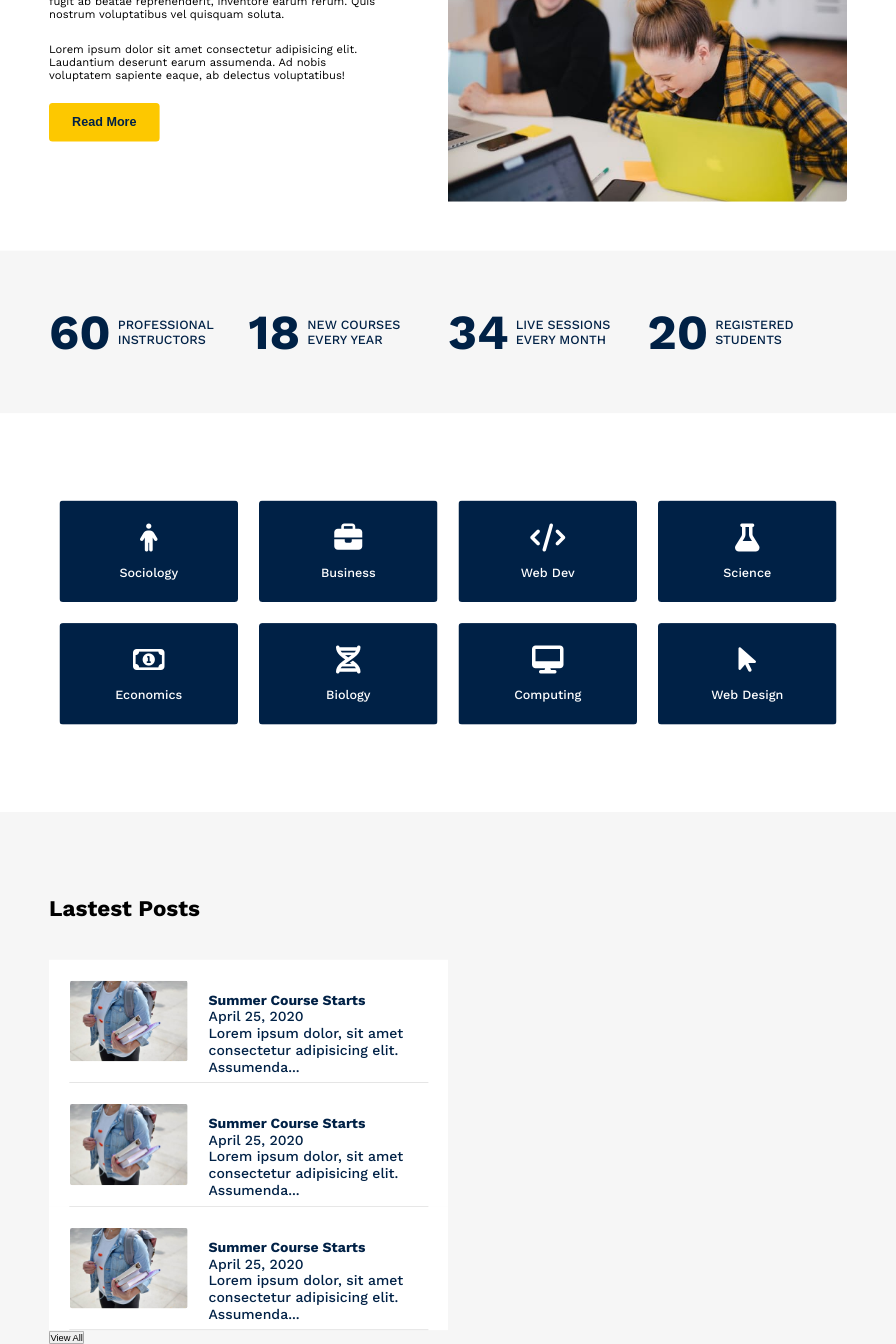
Repository: giahuy405/BC38__Mastery__Pham_Gia_Huy
Page: index.html
The author's editor kept a copy of each file at every save. The page is drawn from the files as they stood at one save, then again after the next save.
The browser window is 1280 px wide. The pictures show the part of the page from y = 873 to 2793 px (the page is 2793 px tall), at 70% of full size.

Above is the page before, as saved 2022-09-10 12:33:43.

### index.html
<!DOCTYPE html>
<html lang="en">
<head>
    <meta charset="UTF-8">
    <meta http-equiv="X-UA-Compatible" content="IE=edge">
    <meta name="viewport" content="width=device-width, initial-scale=1.0">
    <title>Document</title>
    <link href="https://fonts.googleapis.com/css2?family=Montserrat:wght@300;400;500;700;900&family=Work+Sans:wght@300;400;500;700&display=swap" rel="stylesheet">
    <link rel="stylesheet" href="https://cdnjs.cloudflare.com/ajax/libs/font-awesome/6.2.0/css/all.min.css">
    <link rel="stylesheet" href="./css/index.css">
</head>
<body>
    <header>
        <div class="container">
            <i class="fa-solid fa-pen-to-square"></i>
            <div class="header__title">
                <h1>Mastery</h1>
            </div>
        </div>
    </header>
    <nav>
        <div class="container">
            <ul>
                <li><div class="wrapper"><span class="square individual"><a class="ninth before after"  href="#">Home</a></span></div></li>
                <li><div class="wrapper"><span class="square individual"><a class="ninth before after"  href="#">About</a></span></div></li>
                <li><div class="wrapper"><span class="square individual"><a class="ninth before after"  href="#">Services</a></span></div></li>
                <li><div class="wrapper"><span class="square individual"><a class="ninth before after"  href="#">Contact</a></span></div></li>
            </ul>
        </div>
    </nav>
    <div class="carousel">
        <img src="./img/carousel__website.png" alt="">
    </div>
    <div class="welcome container">
        <div class="welcome__content">
            <h1>Welcome To Our Campus</h1>
            <p>Lorem ipsum dolor sit amet consectetur adipisicing elit. Quasi est saepe possimus quisquam dolor ducimus blanditiis, eius fugit ab beatae reprehenderit, inventore earum rerum. Quis nostrum voluptatibus vel quisquam soluta.</p>

            <p>Lorem ipsum dolor sit amet consectetur adipisicing elit. Laudantium deserunt earum assumenda. Ad nobis voluptatem sapiente eaque, ab delectus voluptatibus!</p>
            <button>Read More</button>
        </div>
        <div class="welcome__img">
            <img src="./img/g1.jpg" alt="">
        </div>
        <div class="clear"></div>
    </div>
    <div class="information">
       <div class="container">
            <div class="information__content">
                <div class="information__title">
                    <h1>60</h1>
                </div>
                <div class="information__desc">
                    <p>PROFESSIONAL</p>
                    <p>INSTRUCTORS</p>
                </div>
                <div class="clear"></div>
            </div>
            <div class="information__content">
                <div class="information__title">
                    <h1>18</h1>
                </div>
                <div class="information__desc">
                    <p>NEW COURSES</p>
                    <p>EVERY YEAR</p>
                </div>
                <div class="clear"></div>
            </div>
            <div class="information__content">
                <div class="information__title">
                    <h1>34</h1>
                </div>
                <div class="information__desc">
                    <p>LIVE SESSIONS</p>
                    <p>EVERY MONTH</p>
                </div>
                <div class="clear"></div>
            </div>
            <div class="information__content">
                <div class="information__title">
                    <h1>20</h1>
                </div>
                <div class="information__desc">
                    <p>REGISTERED</p>
                    <p>STUDENTS</p>
                </div>
                <div class="clear"></div>
            </div>
            <div class="clear"></div>
       </div>
    </div>
    <div class="cards">
        <div class="container">
            <div class="cards-top">
                <div class="card">
                    <a href="#">
                        <div class="card__item">
                            <i class="fa-solid fa-person"></i>
                            <p>Sociology</p>
                        </div>
                    </a>
                </div>
                <div class="card">
                    <a href="#">
                        <div class="card__item">
                            <i class="fa-solid fa-briefcase"></i>
                            <p>Business</p>
                        </div>
                    </a>
                </div>
                <div class="card">
                   <a href="#">
                        <div class="card__item">
                            <i class="fa-solid fa-code"></i>
                            <p>Web Dev</p>
                        </div>
                   </a>
                </div>
                <div class="card">
                   <a href="#">
                        <div class="card__item">
                            <i class="fa-solid fa-flask"></i>
                            <p>Science</p>
                        </div>
                   </a>
                </div>
                <div class="clear"></div>
            </div>
            <div class="card-bottom">
                <div class="card">
                    <a href="#">
                        <div class="card__item">
                            <i class="fa-regular fa-money-bill-1"></i>
                            <p>Economics</p>
                        </div>
                    </a>
                </div>
                <div class="card">
                   <a href="#">
                        <div class="card__item">
                            <i class="fa-solid fa-dna"></i>
                            <p>Biology</p>
                        </div>
                   </a>
                </div>
                <div class="card">
                    <a  href="#">
                        <div class="card__item">
                            <i class="fa-solid fa-desktop"></i>
                            <p>Computing</p>
                        </div>
                    </a>
                </div>
                <div class="card">
                    <a href="#">
                        <div class="card__item">
                            <i class="fa-solid fa-arrow-pointer"></i>
                            <p>Web Design</p>
                        </div>
                    </a>
                </div>
                <div class="clear"></div>
            </div>
        </div>
    </div>
    <div class="news">
        <div class="container">
            <div class="news__lastest-post">
                <h1>Lastest Posts</h1>
                <div class="lastest-post__items">
                    <div class="lastest-post__item">
                        <a href="#">
                            <img src="./img/g9.jpg" alt="">
                            <div class="lastest-post__desc">
                                <h2 >Summer Course Starts</h2>
                                <p>April 25, 2020</p>
                                <p>Lorem ipsum dolor, sit amet consectetur adipisicing elit. Assumenda...</p>
                            </div>
                            <div class="clear"></div>
                        </a>
                        <hr noshade >
                    </div>

                    <div class="lastest-post__item">
                        <a href="#">
                            <img src="./img/g9.jpg" alt="">
                            <div class="lastest-post__desc">
                                <h2>Summer Course Starts</h2>
                                <p>April 25, 2020</p>
                                <p>Lorem ipsum dolor, sit amet consectetur adipisicing elit. Assumenda...</p>
                            </div>
                            <div class="clear"></div>
                        </a>
                        <hr noshade >
                    </div>

                    <div class="lastest-post__item">
                        <a href="#">
                            <img src="./img/g9.jpg" alt="">
                            <div class="lastest-post__desc">
                                <h2>Summer Course Starts</h2>
                                <p>April 25, 2020</p>
                                <p>Lorem ipsum dolor, sit amet consectetur adipisicing elit. Assumenda...</p>
                            </div>
                            <div class="clear"></div>
                        </a>
                        <hr noshade >
                    </div>

                </div>
                <button>View All</button>
            </div>
            <div class="news__upcoming__events">

            </div>
            <div class="clear"></div>
        </div>
    </div>

</body>
</html>

### css/index.css
*{
    padding: 0;
    margin: 0;
    box-sizing: border-box;
}
.clear{
    clear: both;
}
html{
    font-size: 16px;
    font-family: 'Work Sans', sans-serif;
}
.container{
    width: 1140px;
    margin: 0 auto;
}
header{
    position: relative;
    margin-top: 15px;
}
.header__title{
    display: inline-block;
     position: absolute;
     top: -4px;
    left: 160px;
}
.header__title h1{
    font-size: 35px;
    color: #1b1d2d;
}
header i{
    background-color: #002146;
    height: 36px;
    width: 36px;
    border-radius: 50%;
    color: #fdc800;
    text-align: center;
    padding-top: 9px;

}
nav ul{
    list-style: none;
    margin-top: 15px;
    margin-left: 18px;

}
nav li{
    display: inline;
    margin-right: 30px;
}

 /*  Hover for Navigation bar */
.wrapper{
    margin:2em 0;
    display: inline;
    font-size: 7px;
}
 a, a:visited, a:hover, a:active{
    -webkit-backface-visibility:hidden;
            backface-visibility:hidden;
      position:relative;
    transition:0.5s color ease;
      text-decoration:none;
      color:#002146;
      font-size:2px;
      font-weight: 500;
}
 a:hover{
    color:#fdc800;
}
 a.before:before, a.after:after{
content: "";
transition:0.5s all ease;
-webkit-backface-visibility:hidden;
        backface-visibility:hidden;
position:absolute;
}
 a.before:before{
top:-0.25em;
}
 a.after:after{
bottom:-0.25em;
}
 a.before:before, a.after:after{
height:5px;
height:0.2rem;
width:0;
background:#fdc800;
}
 a.first:after{
left:0;
}
 a.second:after{
right:0;
}
 a.third:after, a.sixth:before, a.sixth:after{
left:50%;
-webkit-transform:translateX(-50%);
        transform:translateX(-50%);
}
a.fourth:before, a.fourth:after{
left:0;
}
 a.fifth:before, a.fifth:after{
right:0;
}
 a.seventh:before{
right:0;
}
 a.seventh:after{
left:0;
}
 a.eigth:before{
left:0;
}
 a.eigth:after{
right:0;
}
a.before:hover:before, a.after:hover:after{
width:100%;
}
.square{
box-sizing:border-box;
margin-left:-0.4em;
position:relative;
font-size:2.5em;
overflow:hidden;
}
.square a{
position:static;
font-size:100%;
padding:0.2em 0.4em;
}
.square:before,.square:after{
content: "";
box-sizing:border-box;
transition:0.25s all ease;
-webkit-backface-visibility:hidden;
        backface-visibility:hidden;
position:absolute;
width: 5px;
width:0.2rem;
height:0;
background:#fdc800;
}
.square:before{
left:0;
bottom:-0.2em;
}
.square.individual:before{
transition-delay:0.6s;
}
.square:after{
right:0;
top:-0.2em;
}
.square.individual:after{
transition-delay:0.2s;
}
.square a:before{
left:0;
transition:0.25s all ease;
}
.square a:after{
right:0;
transition:0.25s all ease;
}
.square.individual a:after{
transition:0.25s all ease 0.4s;
}
.square:hover:before,.square:hover:after{
height:calc(100% + 0.4em);
}
.square:hover  a:before,.square:hover a:after{
width:100%;
}


/* CAROUSEL / SLIDER */
.carousel{
    width: 100%;
    margin-top: 20px;
}
.carousel img{
max-width: 100%;
height: 597px;
}


/* create WELCOME */
.welcome{
    margin-top: 62px;
    margin-bottom: 66px;
}
.welcome__content h1{
    margin-bottom: 20px;
    color: #1b1d2d;
}
.welcome__content{
    padding-right: 80px;
}
.welcome__content p{
    margin-bottom: 30px;
}
.welcome__content button{
    padding: 17px 33px;
    font-size: 18px;
    font-weight:700;
    color: #002146;
    background-color: #fdc800;
    border: none;
    border-radius: 5px;
    cursor: pointer;
    transition: all 0.2s;
}
.welcome__content button:hover{
    background-color: #002146;
    color: #fdc800;
    box-shadow: 5px 5px 10px black;
}
.welcome__content,.welcome__img{
    width: 50%;
    float: left;
}
.welcome__img img{
    width: 100%;
    border-top-right-radius: 5px;
    border-bottom-right-radius: 5px;
}


/* create INFORMATION  */
.information{
    background-color: #f6f6f6;
    padding: 75px 0;
    margin-bottom: 110px;
}
.information__content{
    float: left;
    width: 25%;
}
.information__content h1{
    display: inline-block;
    font-size: 70px;
    color: #002146;

}
.information__title,.information__desc{
    float: left;
}
.information__desc p:first-child{
    margin-top:20px;
}
.information__desc p{
    margin-left: 10px;
    font-size: 18px;
    color: #002146;
    font-weight: 500;
}


/* create CARDS */
.cards{
    margin-bottom: 110px;
}
.card{
    float: left;
    width: 25%;
    text-align: center;
    padding: 15px;
}
.card__item{
    background-color: #002146;
    padding: 32px 50px;
    border-radius: 5px;
}
.card__item i{
    color: white;
    font-size: 40px;
}
.card__item p{
    color: white;
    font-size: 18px;
    margin-top: 20px;
}
.card a{
    cursor: pointer;
    transition: all 0.2s;
}
.card a:hover{
    opacity: 0.7;
}
.card:hover{
    box-shadow: 1px 1px 10px  black;
    border-radius: 5px;
}


/* NEWS */
.news{
    padding-top: 118px;
    background-color: #f6f6f6;
}
.news h1:first-child{
    margin-bottom: 55px;
}
.news__lastest-post,.news__upcoming__events{
    float: left;
    width: 50%;
}
.lastest-post__item{
    background-color: white;
}
.lastest-post__item img{
    width: 158px;
    border: 30px solid transparent;
    border-radius: 33px;
}
.lastest-post__item a img{
    float: left;
    width: 40%;
}
.lastest-post__desc{
    float: left;
    width: 60%;
    padding-top: 45px;
}

.lastest-post__item a{
    font-size: 20px;
    color: #002146;
}
.lastest-post__item a .lastest-post__desc  h2{
    font-size: 20px;
}
.lastest-post__item hr{
    width:90%;
    margin: 0 auto;
    background-color: rgb(218, 218, 218);
    height: 1px;
    border: none;
}

After the next save:
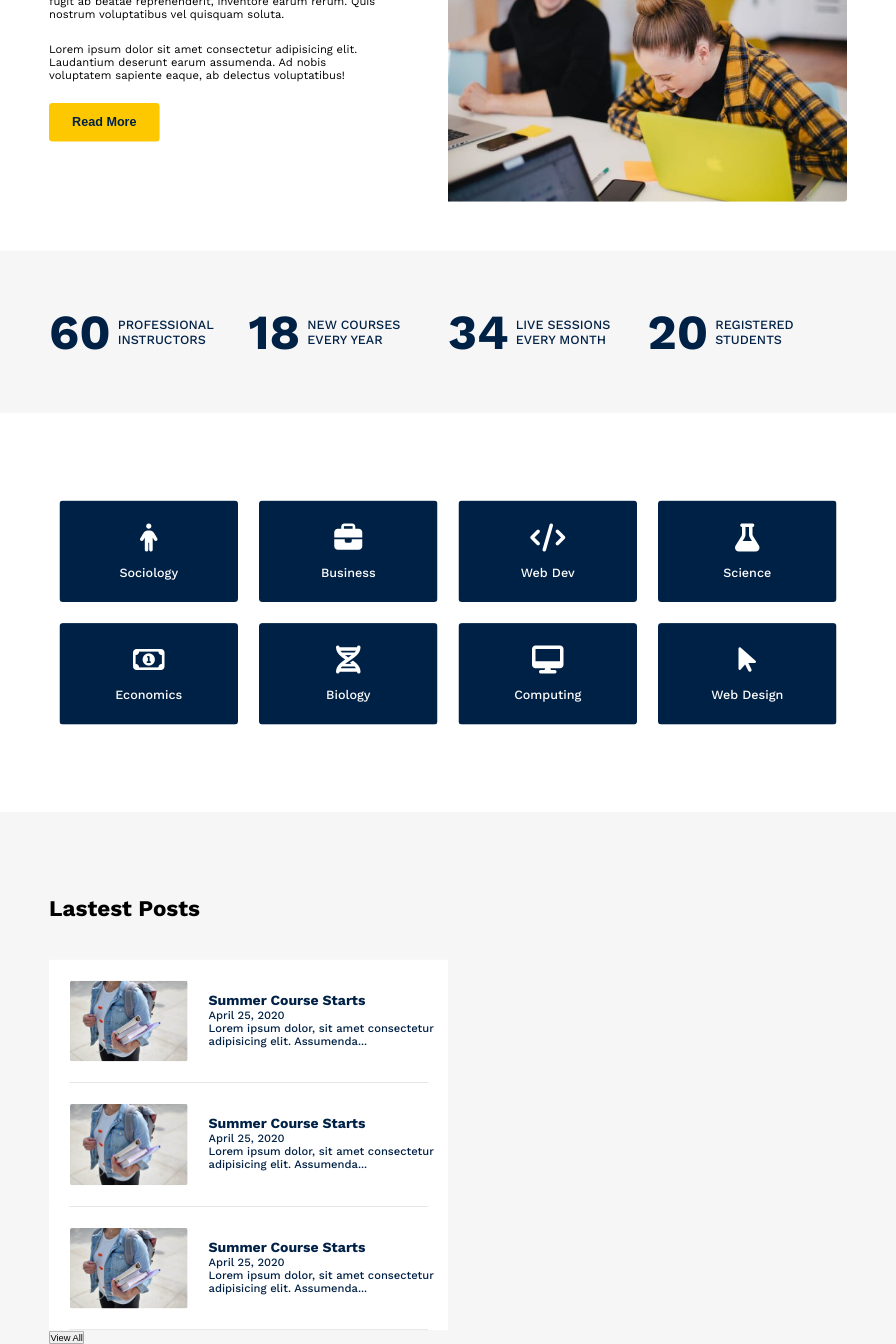
Saved 32 s later.
--- a/css/index.css
+++ b/css/index.css
@@ -325,14 +325,6 @@ height: 597px;
     width: 60%;
     padding-top: 45px;
 }
-
-.lastest-post__item a{
-    font-size: 20px;
-    color: #002146;
-}
-.lastest-post__item a .lastest-post__desc  h2{
-    font-size: 20px;
-}
 .lastest-post__item hr{
     width:90%;
     margin: 0 auto;
@@ -340,3 +332,13 @@ height: 597px;
     height: 1px;
     border: none;
 }
+.lastest-post__item a{
+    font-size: 20px;
+    color: #002146;
+}
+.lastest-post__item a .lastest-post__desc  h2{
+    font-size: 20px;
+}
+.lastest-post__item a .lastest-post__desc p{
+    font-size: 16px;
+}
